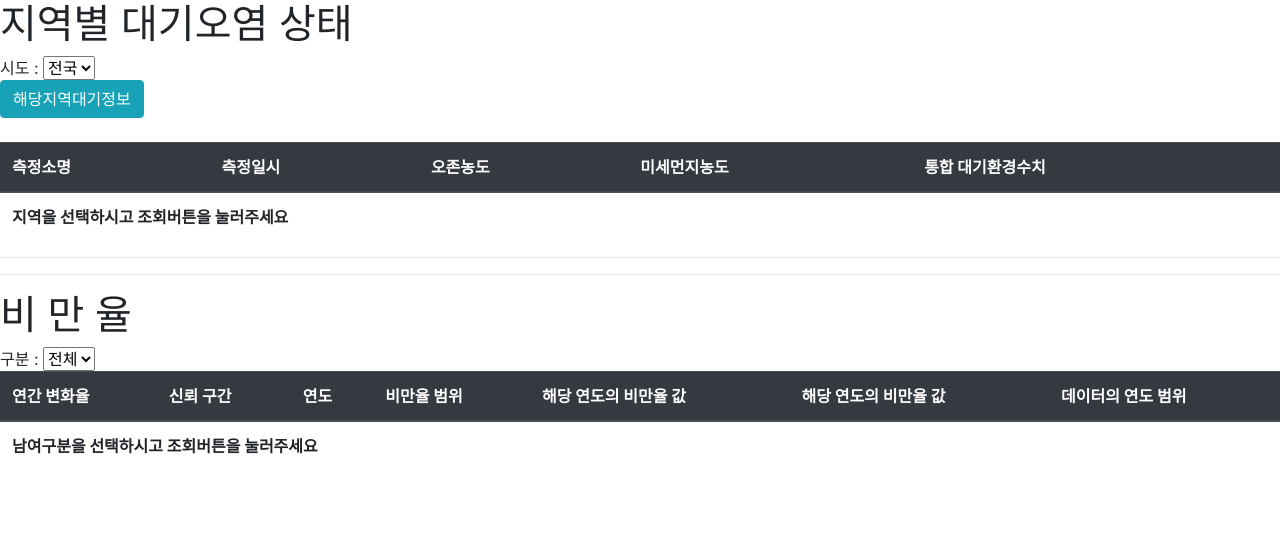
Repository: LeeSeongWook1/semi_Spring
Page: http://localhost/apiProject/
These files come from the project's save history. The page is drawn as it stood at one moment and after the next save; the edit follows.
The browser window is 1280 px wide. The pictures show the whole page.
The page is served by Tomcat 9.

Above is the page before, as saved 2024-04-25 07:51:15.

After the next save:
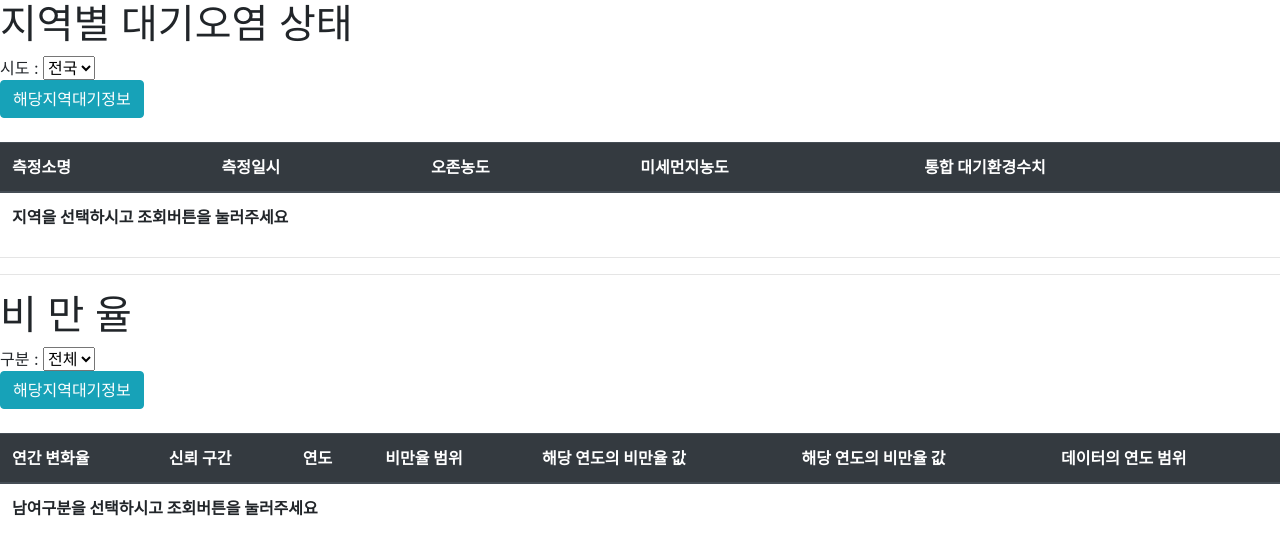
Saved 25 s later.
--- a/apiProject/src/main/webapp/index.jsp
+++ b/apiProject/src/main/webapp/index.jsp
@@ -164,6 +164,9 @@
 		<option>남</option>
 		<option>여</option>
 	</select>
+	<br>
+	<button class="btn btn-info" id="btn1">해당지역대기정보</button>
+	<br><br>
 
 
 	<table class="table table-hover">
